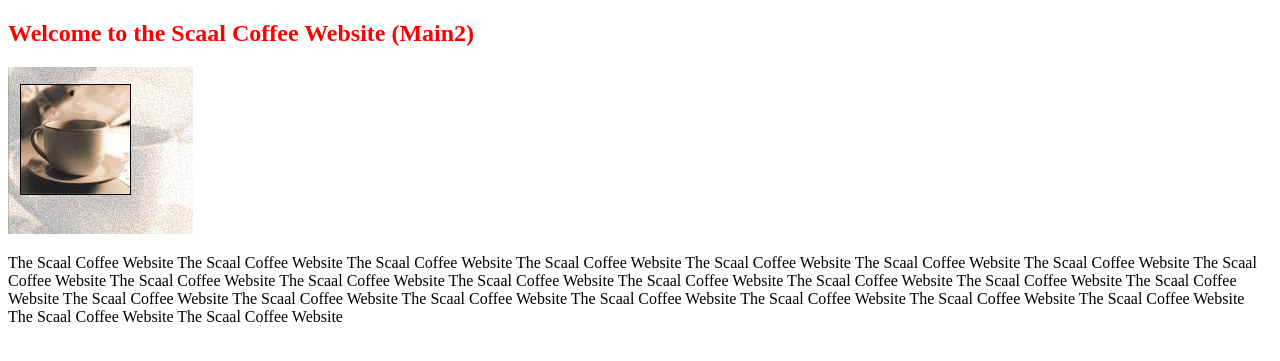
Repository: Tan-Khang21/TH_TKW--Buoi_03
Page: BT_mau/Bai_4/main2.html
These files come from the project's save history. The page is drawn as it stood at one moment and after the next save; the edit follows.
The browser window is 1280 px wide. The pictures show the whole page.

Above is the page before, as saved 2024-02-27 20:25:34.

After the next save:
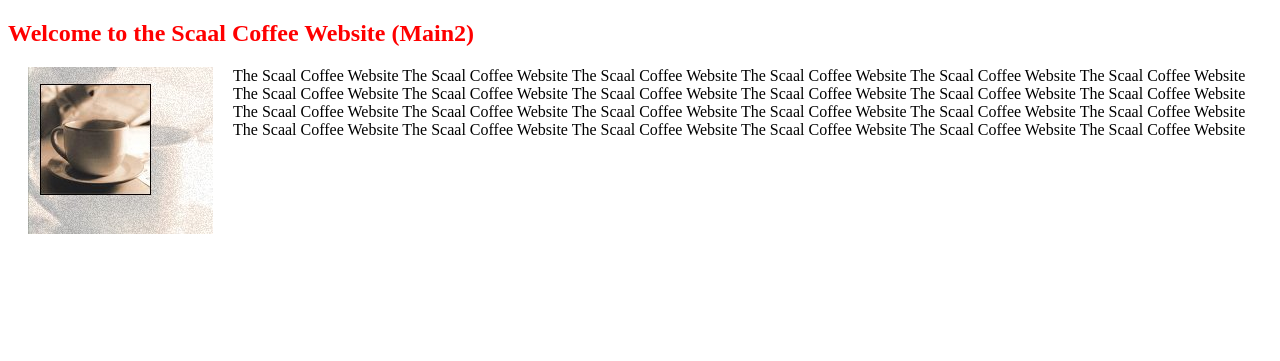
Saved 84 s later.
--- a/BT_mau/Bai_4/main2.html
+++ b/BT_mau/Bai_4/main2.html
@@ -7,7 +7,7 @@
   </head>
   <body>
     <h2 style="color: red;">Welcome to the Scaal Coffee Website (Main2)</h2>
-    <img src="/BT_mau/Bai_3/images/hinh.jpg" alt="" />
+    <img src="/BT_mau/Bai_3/images/hinh.jpg" alt="" hspace="20" style=" float: left;" />
     <p>
       The Scaal Coffee Website The Scaal Coffee Website The Scaal Coffee Website
       The Scaal Coffee Website The Scaal Coffee Website The Scaal Coffee Website
